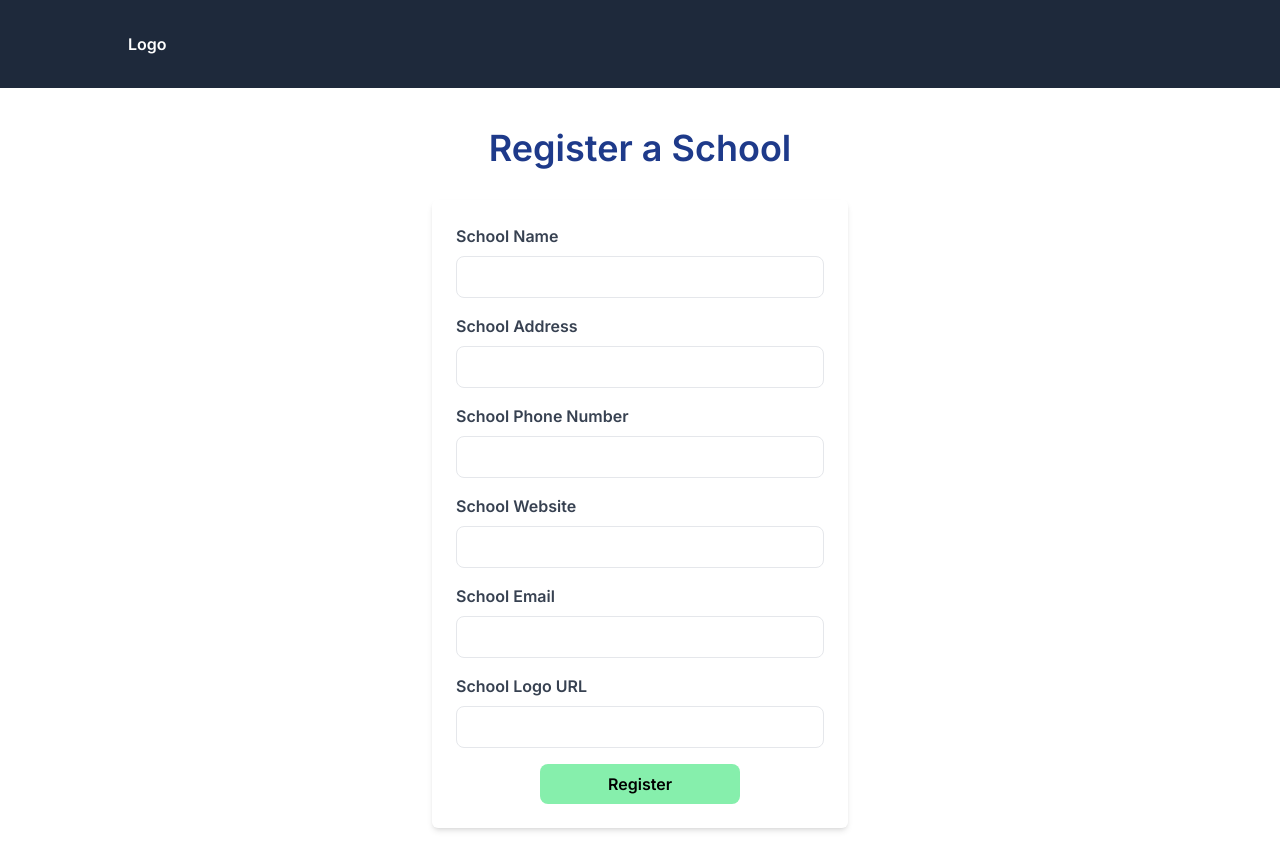
Repository: marcusdashe/fullstack-ts
Page: /school
An editor plug-in stored every save of this project. The page is shown before and after the next save, followed by the edit.
The browser window is 1280 px wide. The pictures show the whole page.
The page's requests for data from a server got no answer. The project was rebuilt for these pictures with package versions that can differ from the ones it lists, and the page was loaded fresh each time. The framework's server and built-in components were replaced by stand-ins that run in the browser. No one was signed in, and anything a server would have sent is missing. Also part of the build but not shown: next.config.js.

Above is the page before, as saved 2023-07-28 15:14:47.

After the next save:
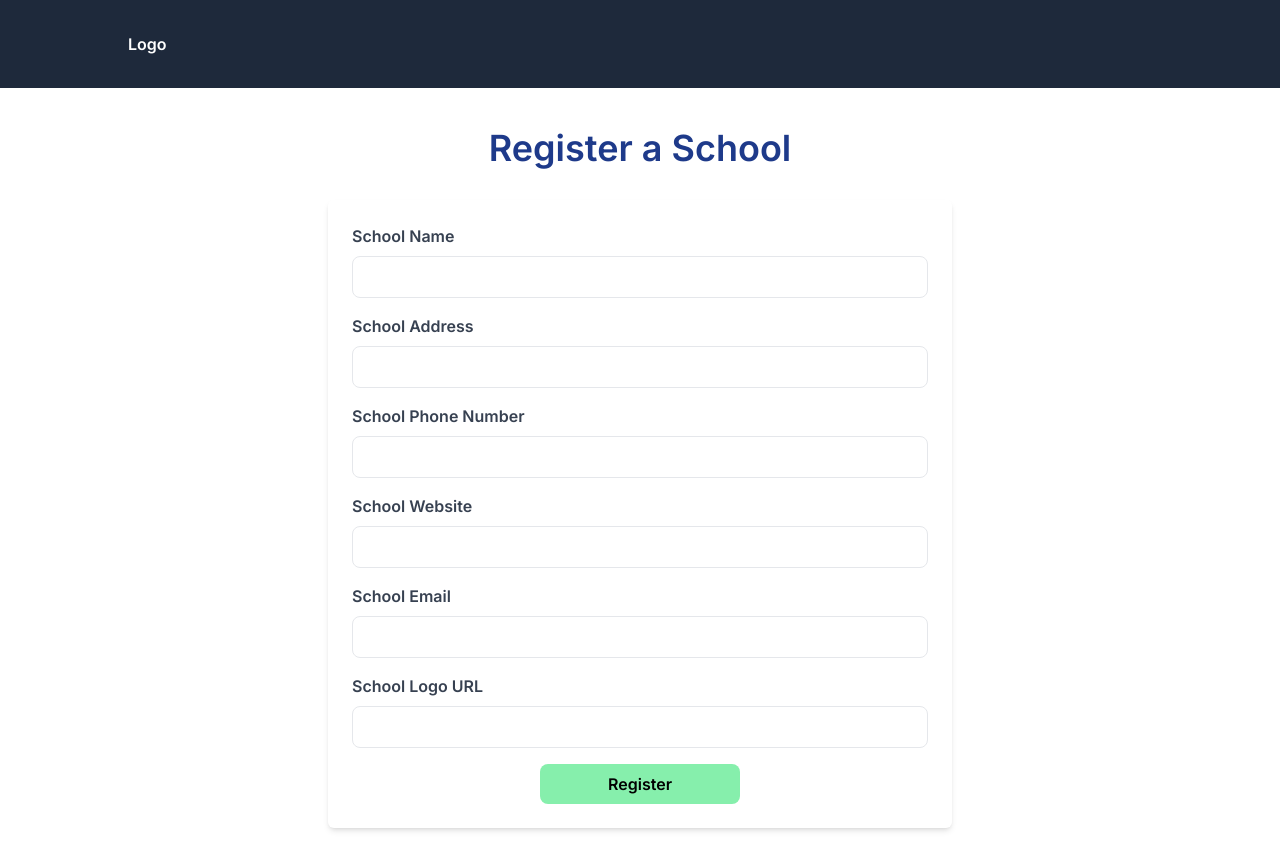
Saved 61 s later.
--- a/app/school/page.tsx
+++ b/app/school/page.tsx
@@ -60,7 +60,7 @@ const RegisterSchoolPage: React.FC = () => {
       </form> */}
 
       <form
-        className="w-[80%] sm:md:w-1/3  mx-auto p-6 shadow-md rounded-md"
+        className="w-[80%] sm:md:w-1/2  mx-auto p-6 shadow-md rounded-md"
         onSubmit={handleSubmit}
       >
         <div className="mb-4">
